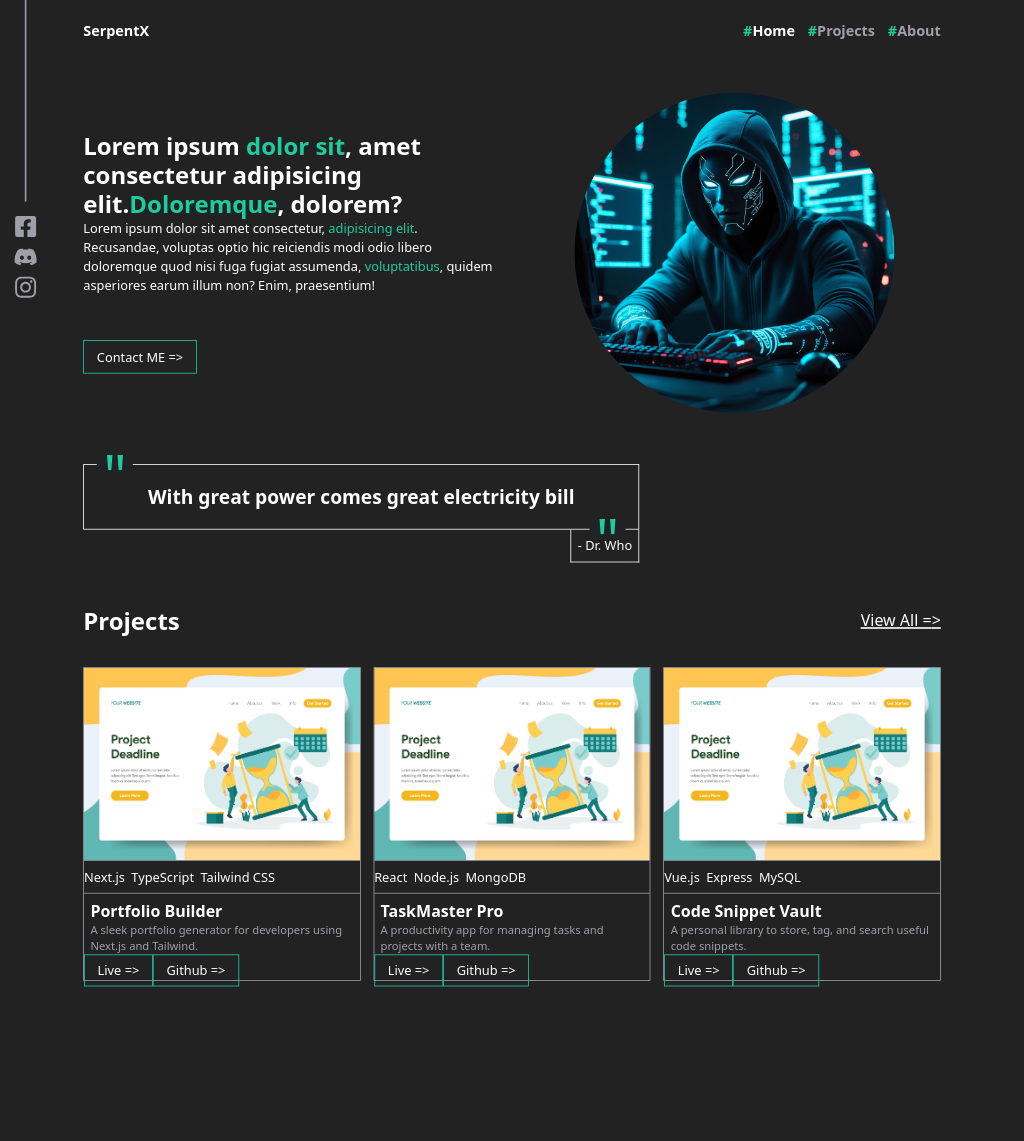
Repository: SERPENTX03/Portfolio-Tutorial
Page: /
An editor plug-in stored every save of this project. The page is shown before and after the next save, followed by the edit.
The browser window is 1280 px wide. The pictures show the whole page, at 80% of full size.
The project was rebuilt for these pictures with package versions that can differ from the ones it lists, and the page was loaded fresh each time. The framework's server and built-in components were replaced by stand-ins that run in the browser. Also part of the build but not shown: next.config.ts.

Above is the page before, as saved 2025-04-19 21:22:42.

After the next save:
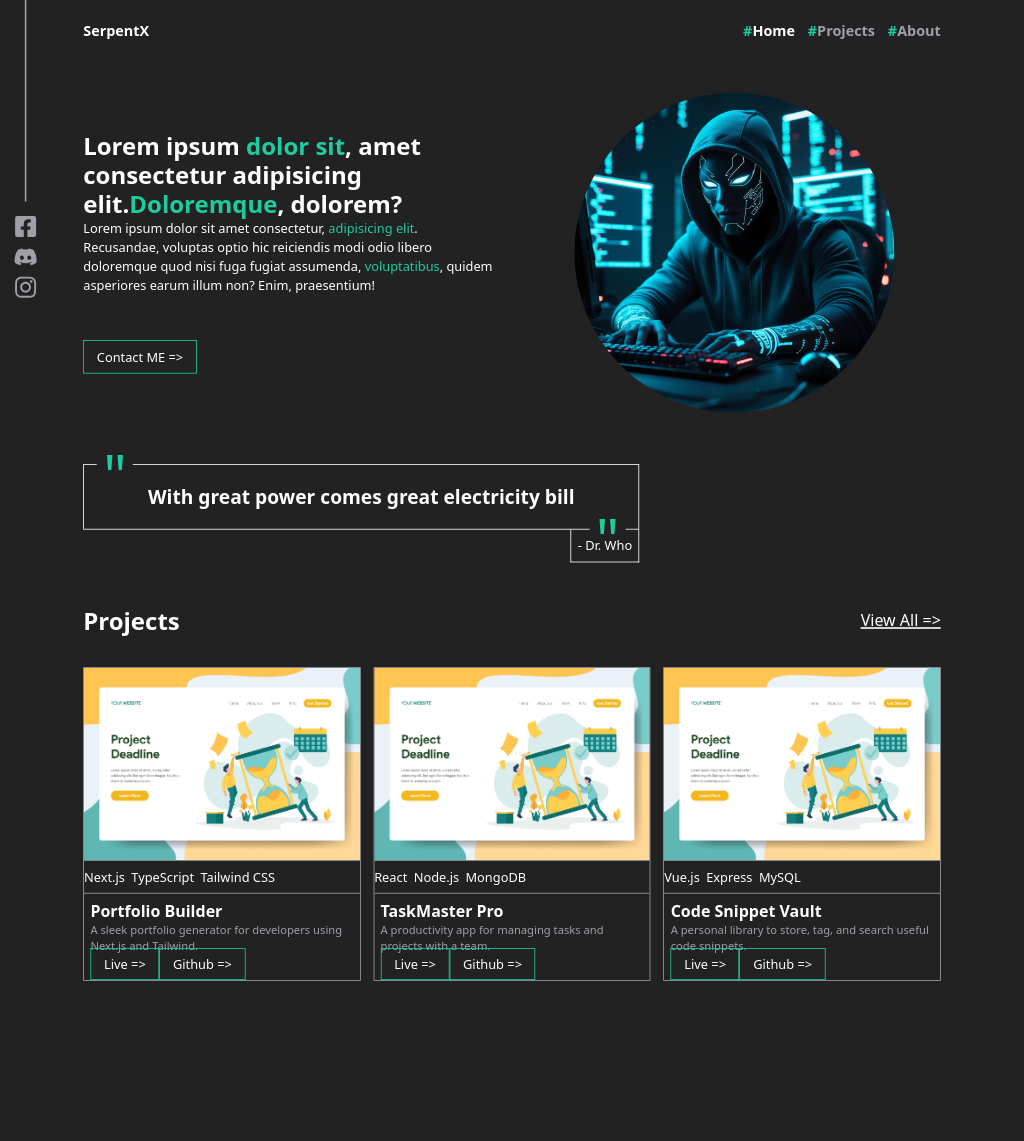
Saved 13 s later.
--- a/components/Projects.tsx
+++ b/components/Projects.tsx
@@ -29,13 +29,13 @@
             <div className="p-2">
               <h3 className="text-xl font-bold">{project.title}</h3>
               <p className="text-sm text-text">{project.description}</p>
+              <Link href="/projects" className="hover-btn">
+                Live ={">"}
+              </Link>
+              <Link href="/projects" className="hover-btn">
+                Github ={">"}
+              </Link>
             </div>
-            <Link href="/projects" className="hover-btn">
-              Live ={">"}
-            </Link>
-            <Link href="/projects" className="hover-btn">
-              Github ={">"}
-            </Link>
           </div>
         ))}
       </div>

After the save that followed:
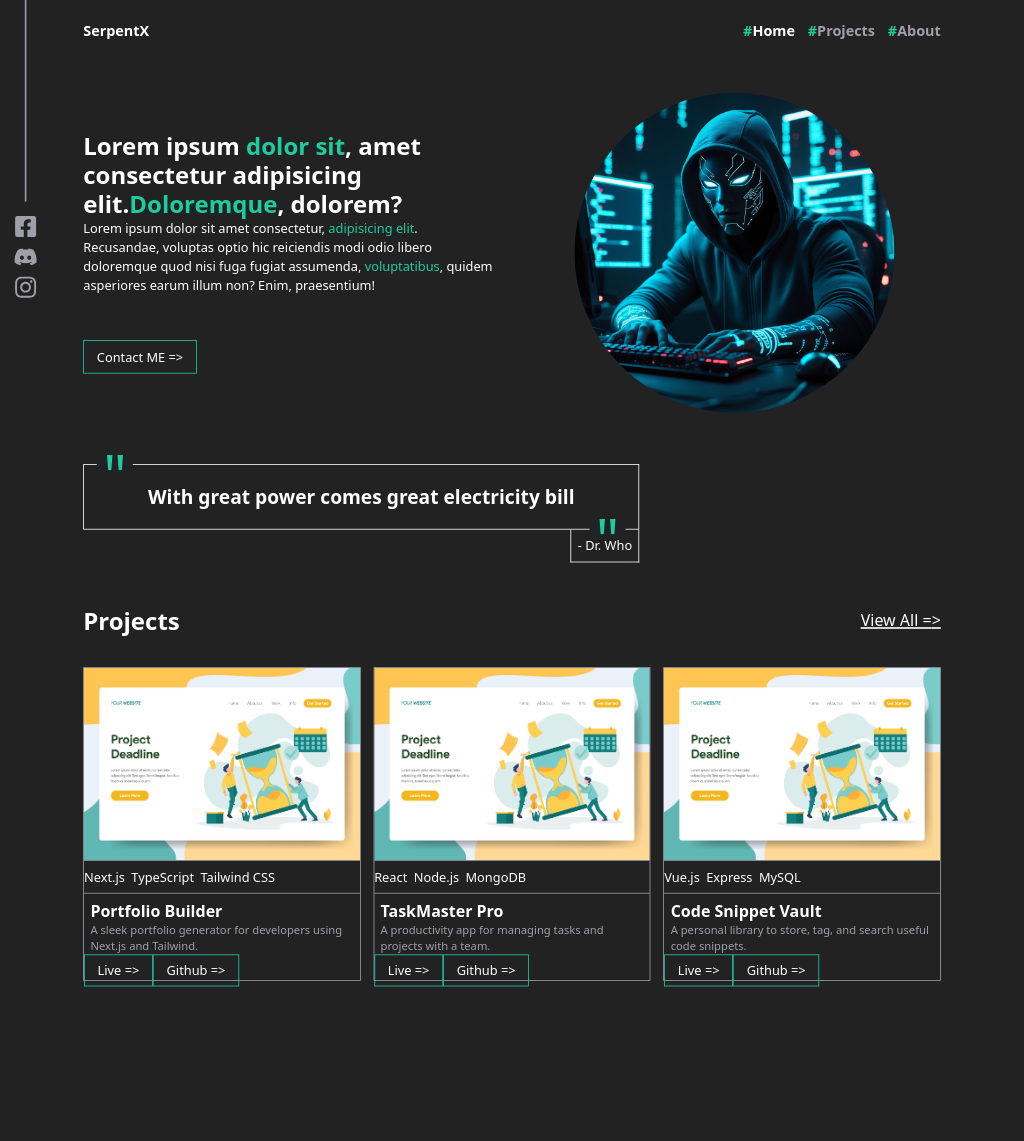
Saved 7 s later.
--- a/components/Projects.tsx
+++ b/components/Projects.tsx
@@ -29,6 +29,8 @@
             <div className="p-2">
               <h3 className="text-xl font-bold">{project.title}</h3>
               <p className="text-sm text-text">{project.description}</p>
+            </div>
+            <div>
               <Link href="/projects" className="hover-btn">
                 Live ={">"}
               </Link>
